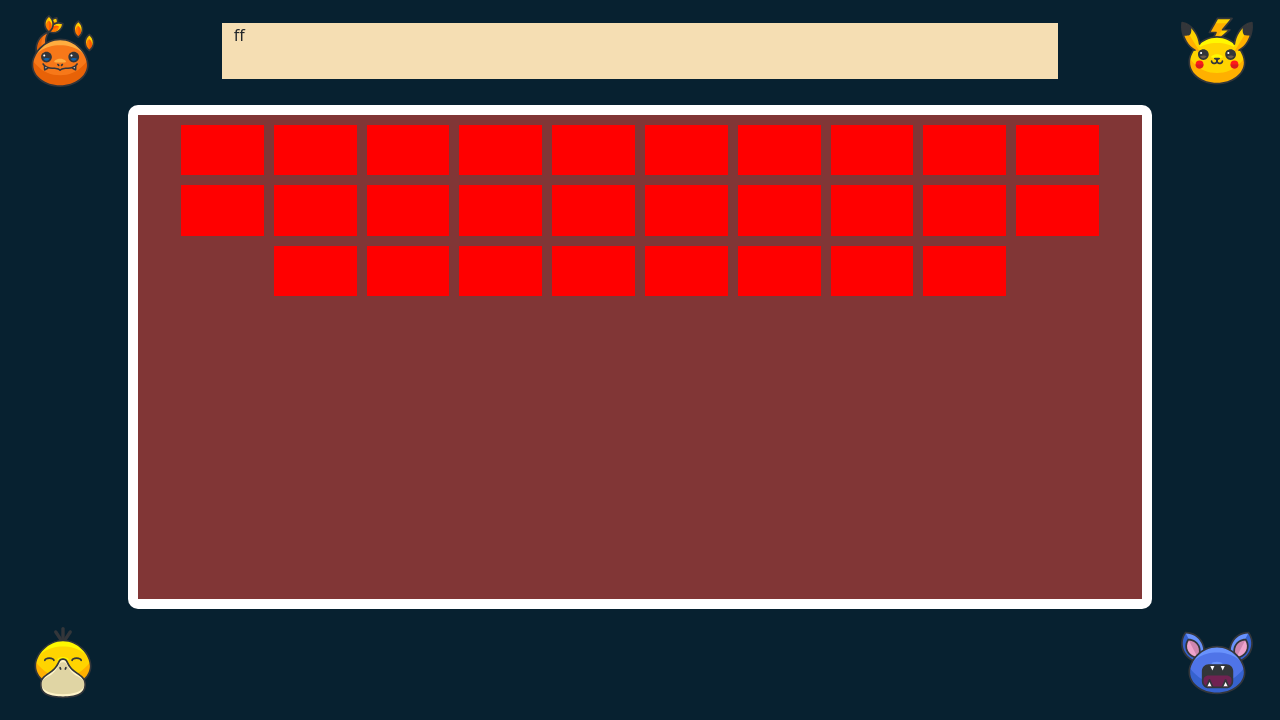
Repository: bechara611/pokedex
Page: /
These files come from the project's save history. The page is drawn as it stood at one moment and after the next save; the edit follows.
The browser window is 1280 px wide. The pictures show the whole page.
The project was rebuilt for these pictures with package versions that can differ from the ones it lists, and the page was loaded fresh each time. Also part of the build but not shown: vite.config.js.

Above is the page before, as saved 2023-01-16 17:52:42.

### index.html
<!DOCTYPE html>
<html lang="en">
  <head>
    <meta charset="UTF-8" />
    <link rel="icon" type="image/svg+xml" href="/pokedex.svg" />
    <meta name="viewport" content="width=device-width, initial-scale=1.0" />
    <title>Pokedex- DB</title>
  </head>
  <link href="https://cdn.jsdelivr.net/npm/bootstrap@5.2.3/dist/css/bootstrap.min.css" rel="stylesheet" integrity="sha384-rbsA2VBKQhggwzxH7pPCaAqO46MgnOM80zW1RWuH61DGLwZJEdK2Kadq2F9CUG65" crossorigin="anonymous">
  <body>
    <div id="root"></div>
    <script type="module" src="/src/main.jsx"></script>
    <script src="https://cdn.jsdelivr.net/npm/bootstrap@5.2.3/dist/js/bootstrap.bundle.min.js" integrity="sha384-kenU1KFdBIe4zVF0s0G1M5b4hcpxyD9F7jL+jjXkk+Q2h455rYXK/7HAuoJl+0I4" crossorigin="anonymous"></script>
  </body>
</html>

### src/main.jsx

import ReactDOM from 'react-dom/client'
import { BrowserRouter } from 'react-router-dom'
import { PokedexRouter } from './router/PokedexRouter'




ReactDOM.createRoot(document.getElementById('root')).render(

  <BrowserRouter>
  <PokedexRouter></PokedexRouter>
  </BrowserRouter>

)

### src/router/PokedexRouter.jsx
import React from 'react'
import { Navigate, Route, Routes } from 'react-router'
import { App } from '../App'

export const PokedexRouter = () => {
  return (
//*Rutas de la aplicacion utilizando react-router-dom
    <Routes>
    <Route path='/' element={<App></App>}></Route>
//*Aca se establece una ruta por defecto que usara un navigate para ir a / la cual es App.
<Route path='*' element={<Navigate to={'/'}></Navigate>}></Route>
    </Routes>
  )
}

### src/App.jsx
import React from 'react'
import { Marcos } from '../ui/components/Marcos'
import { PokedexListado } from './pokedex/components/PokedexListado'

import 'animate.css'

export const App = () => {
  return (
    <Marcos>
    <PokedexListado></PokedexListado>
    </Marcos>

  )
}

### ui/components/Marcos.jsx
import React from 'react'
import './Marcos.css'
import charmander from './../../src/assets/charmander.svg'
import pikachu from './../../src/assets/pikachu.svg'
import psyduck from './../../src/assets/psyduck.svg'
import zubat from './../../src/assets/zubat.svg'
export const Marcos = ({ children }) => {
    return (
        <>

            <div className="container-fluid fondo ">
                <div className="contenedor">
                    <div className="row fila">
                        <img src={charmander} className='iconos animate__animated animate__bounce' alt="" />
                        <div className="col-8 contenedor-menu">ff</div>
                        <img src={pikachu} className='iconos animate__animated animate__bounce' alt="" />
                    </div>
                   { /*ESTE ES EL DIV DEL CENTRO DONDE VA O EL CHILDREN QUE SON LOS DEMAS COMPONENTES Y TODO LO DEMAS*/}
                    <div className="centro col-12">
                  {children}

                    </div>
                    <div className="row fila">
                        <img src={psyduck} className='iconos animate__animated animate__bounce' alt="" />
                        <img src={zubat} className='iconos animate__animated animate__bounce' alt="" />
                    </div>
                </div>
            </div>
        </>
    )
}

### src/pokedex/components/PokedexListado.jsx
import React, { useState } from 'react'
import './PokedexListado.css'
export const PokedexListado = () => {

    //TODO cambiar esto por el estado del redux
    const [pokemones, setpokemones] = useState([{
        url: 'url1',
        name: 'Pikachu'
    }])
    return (

        <div className="col-12 contenedor-listado">
        <div className="col-md-1 col-3  listado-cajita"></div>
        <div className="col-md-1 col-3  listado-cajita"></div>
        <div className="col-md-1 col-3  listado-cajita"></div>
        <div className="col-md-1 col-3  listado-cajita"></div>
        <div className="col-md-1 col-3  listado-cajita"></div>
        <div className="col-md-1 col-3  listado-cajita"></div>
        <div className="col-md-1 col-3  listado-cajita"></div>
        <div className="col-md-1 col-3  listado-cajita"></div>
        <div className="col-md-1 col-3  listado-cajita"></div>
        <div className="col-md-1 col-3  listado-cajita"></div>
        <div className="col-md-1 col-3  listado-cajita"></div>
        <div className="col-md-1 col-3  listado-cajita"></div>
        <div className="col-md-1 col-3  listado-cajita"></div>
        <div className="col-md-1 col-3  listado-cajita"></div>
        <div className="col-md-1 col-3  listado-cajita"></div>
        <div className="col-md-1 col-3  listado-cajita"></div>
        <div className="col-md-1 col-3  listado-cajita"></div>
        <div className="col-md-1 col-3  listado-cajita"></div>
        <div className="col-md-1 col-3  listado-cajita"></div>
        <div className="col-md-1 col-3  listado-cajita"></div>
        <div className="col-md-1 col-3  listado-cajita"></div>
        <div className="col-md-1 col-3  listado-cajita"></div>
        <div className="col-md-1 col-3  listado-cajita"></div>
        <div className="col-md-1 col-3  listado-cajita"></div>
        <div className="col-md-1 col-3  listado-cajita"></div>
        <div className="col-md-1 col-3  listado-cajita"></div>
        <div className="col-md-1 col-3  listado-cajita"></div>
        <div className="col-md-1 col-3  listado-cajita"></div>

        </div>
    )
}

### ui/components/Marcos.css
.fondo{
    background: rgb(7, 33, 48);
    height: 100vh;
}
.contenedor {
    display: flex;
    flex-direction: column;
    justify-content: space-between;
    min-height: 95vh;
    max-height: 100vh;
    max-width: 100%;
    min-width: 100%;
}

.fila {
    height: 10vh;

    display: flex;
    flex-direction: row;
    justify-content: space-between;
    padding: 1%;
}

.contenedor-menu{
    background: wheat;
    margin: 10px;
}
.iconos{
 width:100px;
}

.centro{
    border: 0px solid black;
    display: flex;
    align-self: center;
    vertical-align: center;
    height:70vh;
    width: 80vw;
    background: white;
    padding: 10px;
    border-radius: 10px;
    margin-top: 30px;

}
/*!Responsive*/

/*?Cuando llegue a 230px las pokebolas del marco se colocaran mas small para evitar que se bajen*/

@media(max-width:250px){
    .iconos{
     width: 80px;
    }
}
@media(max-width:176px){
    .iconos{
     width: 65px;
    }
}

### src/pokedex/components/PokedexListado.css
.contenedor-listado{
    background: rgb(129, 54, 54);
    width: 100%;
    display: flex;
    flex-direction: row;
    padding: 5px;
    flex-wrap: wrap;
    justify-items: flex-start;
    justify-content: center;
    align-content: flex-start;
    overflow-y: auto;

}
.listado-cajita{
   margin: 5px;
    background: red;
    height: 7vh;

}

After the next save:
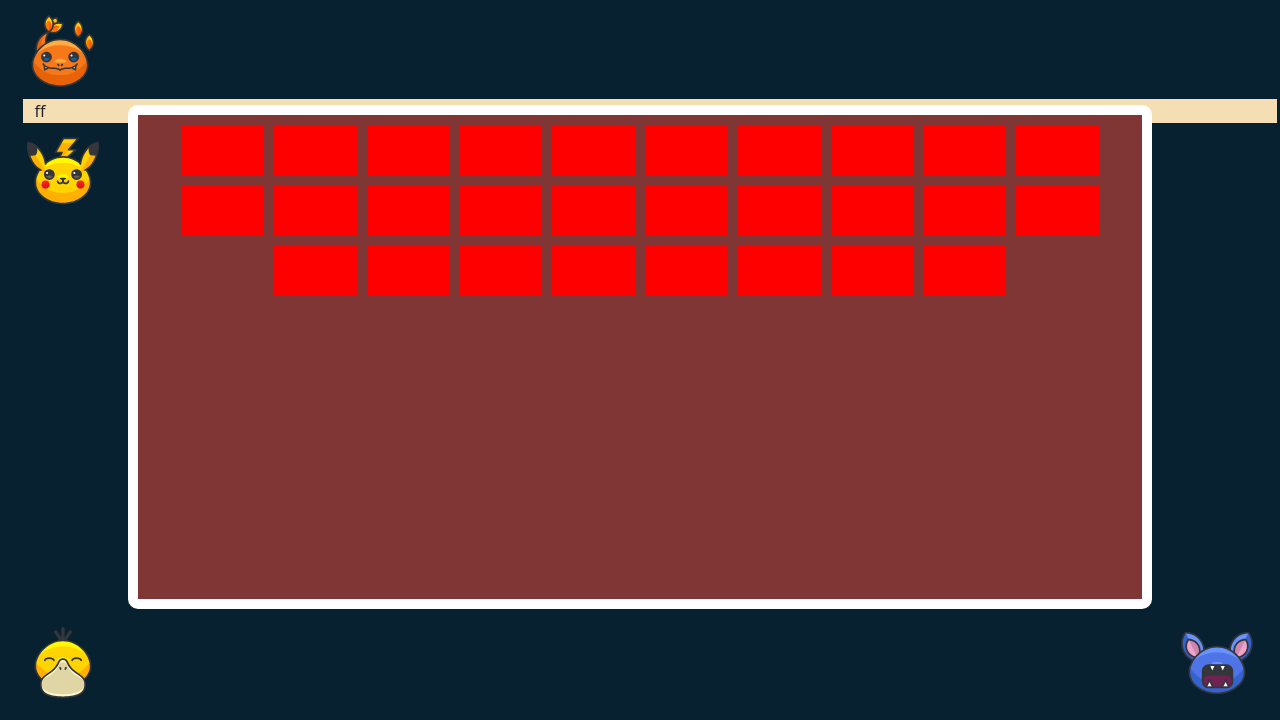
Saved 27 s later.
--- a/ui/components/Marcos.jsx
+++ b/ui/components/Marcos.jsx
@@ -12,7 +12,7 @@
                 <div className="contenedor">
                     <div className="row fila">
                         <img src={charmander} className='iconos animate__animated animate__bounce' alt="" />
-                        <div className="col-8 contenedor-menu">ff</div>
+                        <div className="col-12 contenedor-menu">ff</div>
                         <img src={pikachu} className='iconos animate__animated animate__bounce' alt="" />
                     </div>
                    { /*ESTE ES EL DIV DEL CENTRO DONDE VA O EL CHILDREN QUE SON LOS DEMAS COMPONENTES Y TODO LO DEMAS*/}

After the save that followed:
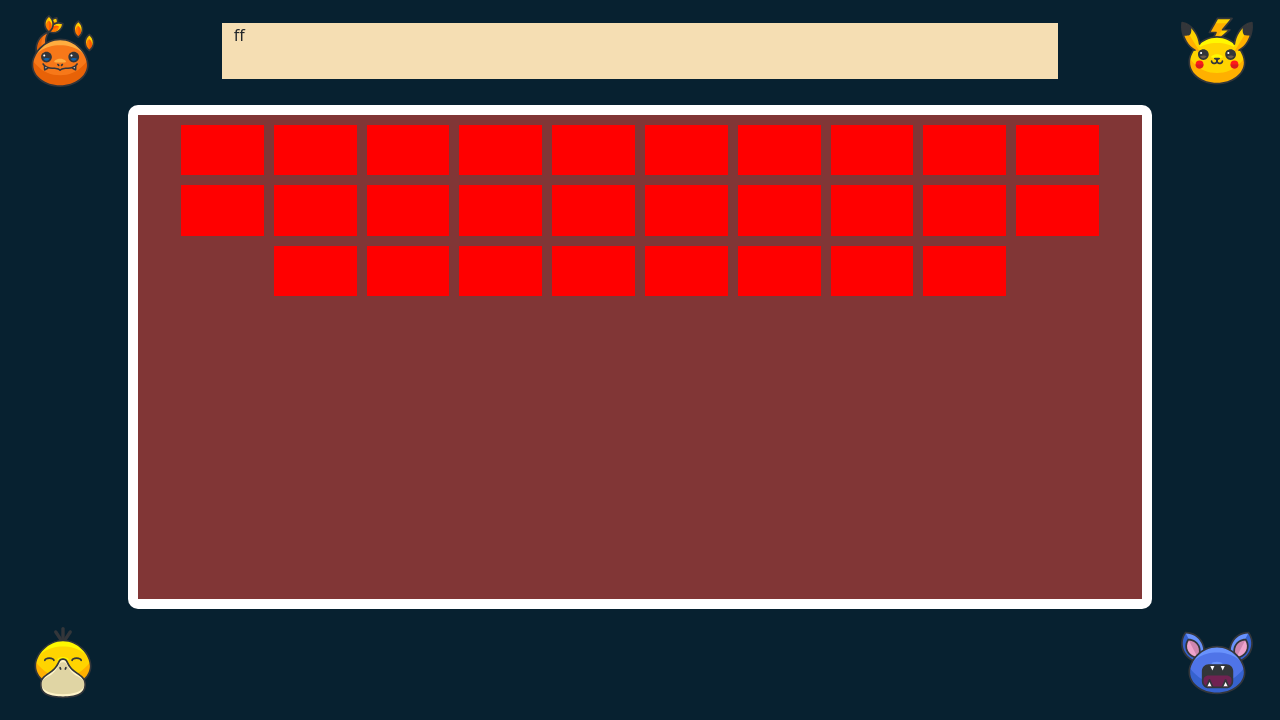
Saved 12 s later.
--- a/ui/components/Marcos.jsx
+++ b/ui/components/Marcos.jsx
@@ -12,7 +12,7 @@
                 <div className="contenedor">
                     <div className="row fila">
                         <img src={charmander} className='iconos animate__animated animate__bounce' alt="" />
-                        <div className="col-12 contenedor-menu">ff</div>
+                        <div className="col-8 contenedor-menu">ff</div>
                         <img src={pikachu} className='iconos animate__animated animate__bounce' alt="" />
                     </div>
                    { /*ESTE ES EL DIV DEL CENTRO DONDE VA O EL CHILDREN QUE SON LOS DEMAS COMPONENTES Y TODO LO DEMAS*/}
